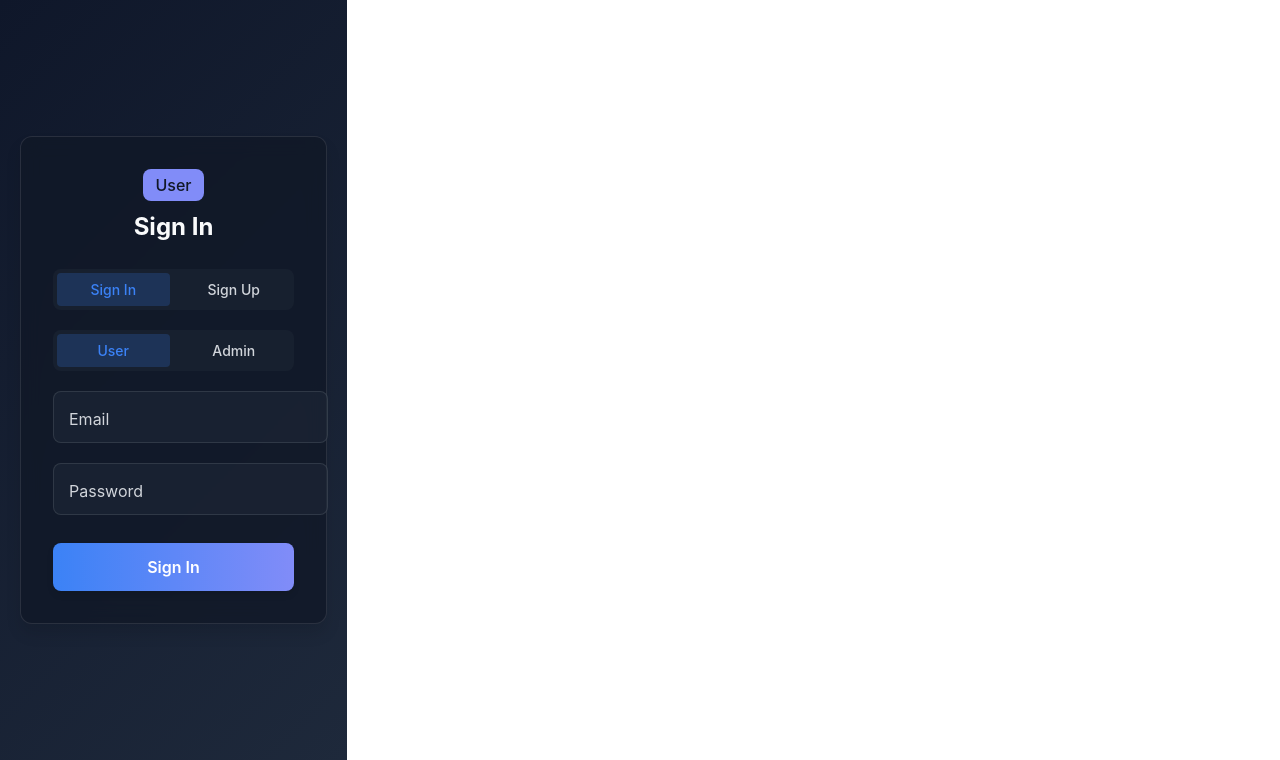
Repository: EphrahimLaanyu123/Karis
Page: /
These files come from the project's save history. The page is drawn as it stood at one moment and after a run of saves; the edit follows.
The browser window is 1280 px wide. The pictures show the whole page.
The project was rebuilt for these pictures with package versions that can differ from the ones it lists, and the page was loaded fresh each time. Also part of the build but not shown: vite.config.js, src/components/Dashboard.jsx, src/components/admin/Dashboard.jsx, src/components/admin/ProtectedAdminRoute.jsx.

Above is the page before, as saved 2025-05-17 21:11:52.

After the next 3 saves:
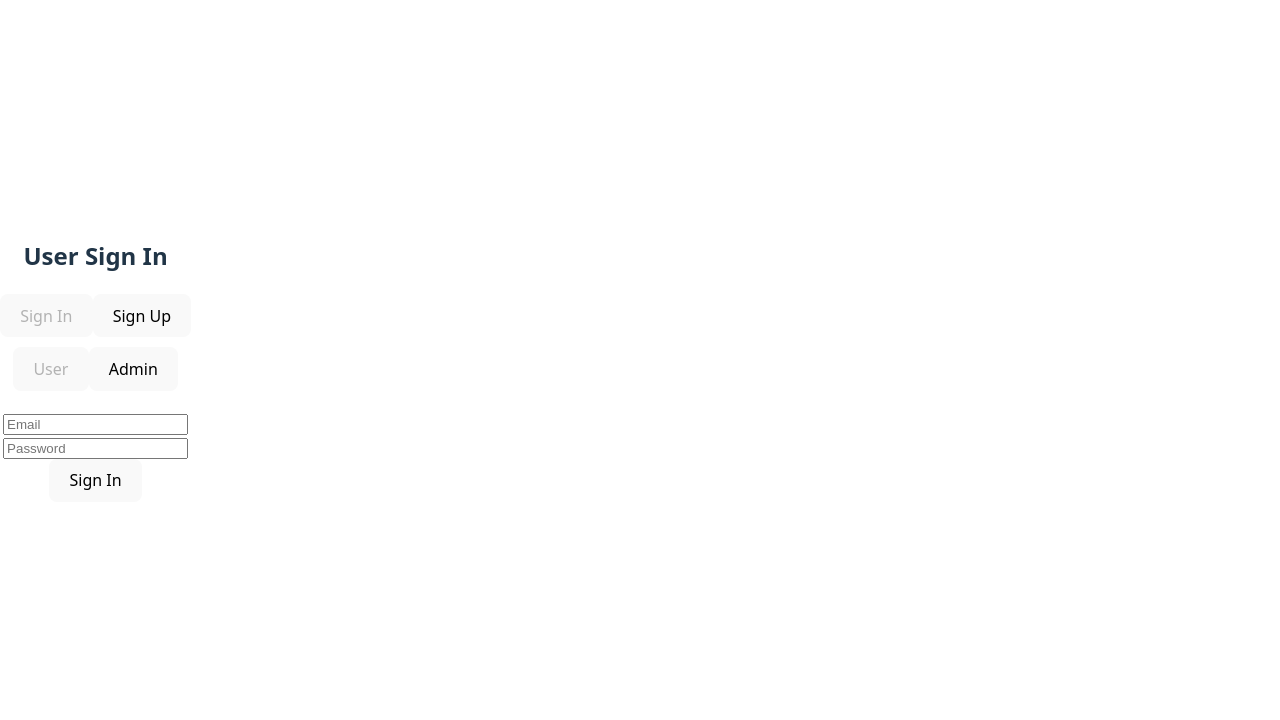
The 3 saves are shown as one change because they came seconds apart.
The last was saved 22 s later.
--- a/src/components/Auth.jsx
+++ b/src/components/Auth.jsx
@@ -1,6 +1,6 @@
 import React, { useState } from 'react';
 import { useNavigate } from 'react-router-dom';
-import "./Auth.css"
+import "Auth.css"
 
 const Auth = () => {
     const navigate = useNavigate();
@@ -59,96 +59,53 @@
 
 
     return (
-      <div className="auth-container">
-      <div className="auth-card">
-        <h2 className="auth-title">
-          <span className={`auth-type ${authType === 'admin' ? 'admin-type' : 'user-type'}`}>
-            {authType === 'admin' ? 'Admin' : 'User'}
-          </span>
-          <span className="auth-mode">{mode === 'signin' ? 'Sign In' : 'Sign Up'}</span>
-        </h2>
+      <div style={{ maxWidth: 400, margin: 'auto', textAlign: 'center' }}>
+        <h2>{authType === 'admin' ? 'Admin' : 'User'} {mode === 'signin' ? 'Sign In' : 'Sign Up'}</h2>
 
         {/* Mode Toggle */}
-        <div className="toggle-container mode-toggle">
-          <button
-            className={`toggle-btn ${mode === 'signin' ? 'active' : ''}`}
-            onClick={() => setMode('signin')}
-            disabled={mode === 'signin'}
-          >
-            Sign In
-          </button>
-          <button
-            className={`toggle-btn ${mode === 'signup' ? 'active' : ''}`}
-            onClick={() => setMode('signup')}
-            disabled={mode === 'signup'}
-          >
-            Sign Up
-          </button>
+        <div style={{ marginBottom: 10 }}>
+          <button onClick={() => setMode('signin')} disabled={mode === 'signin'}>Sign In</button>
+          <button onClick={() => setMode('signup')} disabled={mode === 'signup'}>Sign Up</button>
         </div>
 
         {/* Auth Type Toggle */}
-        <div className="toggle-container type-toggle">
-          <button
-            className={`toggle-btn ${authType === 'user' ? 'active' : ''}`}
-            onClick={() => setAuthType('user')}
-            disabled={authType === 'user'}
-          >
-            User
-          </button>
-          <button
-            className={`toggle-btn ${authType === 'admin' ? 'active' : ''}`}
-            onClick={() => setAuthType('admin')}
-            disabled={authType === 'admin'}
-          >
-            Admin
-          </button>
+        <div style={{ marginBottom: 20 }}>
+          <button onClick={() => setAuthType('user')} disabled={authType === 'user'}>User</button>
+          <button onClick={() => setAuthType('admin')} disabled={authType === 'admin'}>Admin</button>
         </div>
 
-        <form className="auth-form" onSubmit={(e) => { e.preventDefault(); handleAuth(); }}>
-          {mode === 'signup' && (
-            <div className="form-group">
-              <input
-                type="text"
-                id="name"
-                value={name}
-                onChange={e => setName(e.target.value)}
-                placeholder=" "
-                required
-              />
-              <label htmlFor="name">Name</label>
-            </div>
-          )}
+        {mode === 'signup' && (
+          <>
+            <input
+              type="text"
+              value={name}
+              onChange={e => setName(e.target.value)}
+              placeholder="Name"
+              required
+            /><br />
+          </>
+        )}
 
-          <div className="form-group">
-            <input
-              type="email"
-              id="email"
-              value={email}
-              onChange={e => setEmail(e.target.value)}
-              placeholder=" "
-              required
-            />
-            <label htmlFor="email">Email</label>
-          </div>
+        <input
+          type="email"
+          value={email}
+          onChange={e => setEmail(e.target.value)}
+          placeholder="Email"
+          required
+        /><br />
 
-          <div className="form-group">
-            <input
-              type="password"
-              id="password"
-              value={password}
-              onChange={e => setPassword(e.target.value)}
-              placeholder=" "
-              required
-            />
-            <label htmlFor="password">Password</label>
-          </div>
+        <input
+          type="password"
+          value={password}
+          onChange={e => setPassword(e.target.value)}
+          placeholder="Password"
+          required
+        /><br />
 
-          <button type="submit" className="auth-button">
-            {mode === 'signin' ? 'Sign In' : 'Sign Up'}
-          </button>
-        </form>
+        <button onClick={handleAuth}>
+          {mode === 'signin' ? 'Sign In' : 'Sign Up'}
+        </button>
       </div>
-    </div>
     );
   };
 

After the 2 saves that followed:
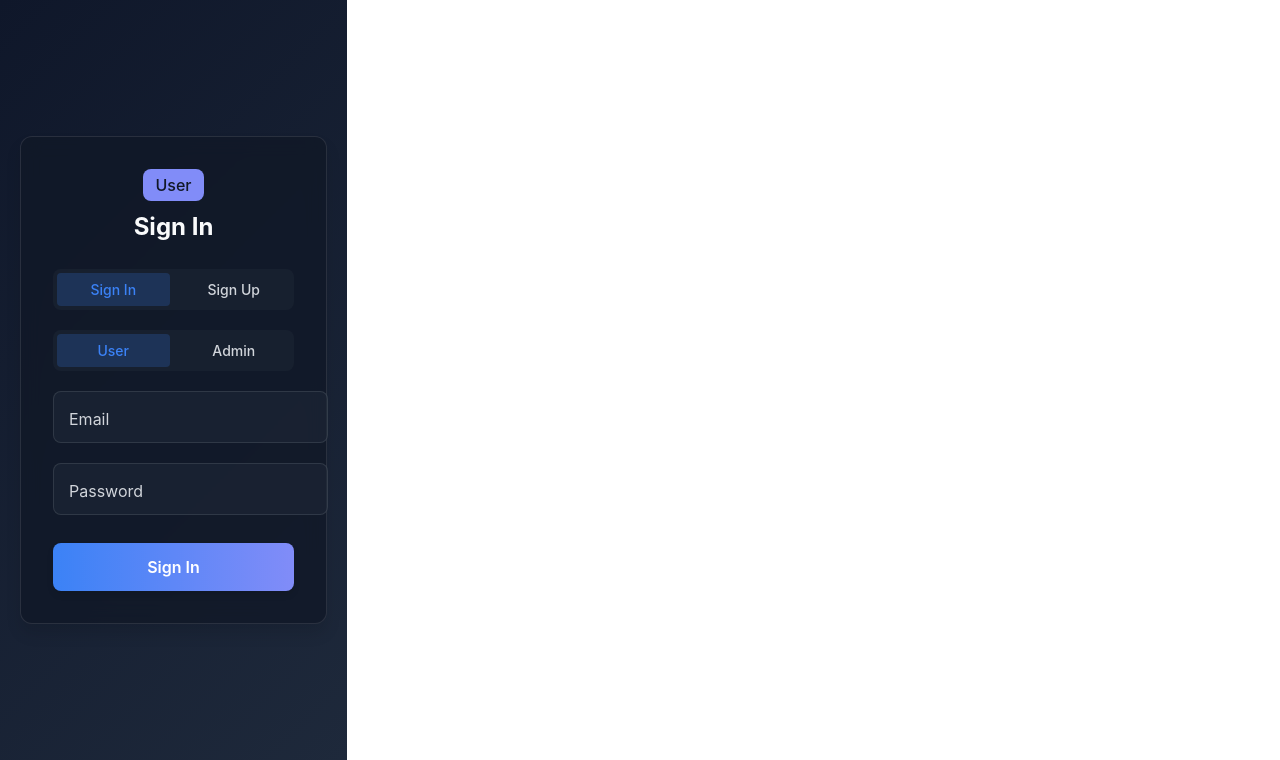
The 2 saves are shown as one change because 1 left the picture as it was.
The last was saved 15 s later.
--- a/src/components/Auth.jsx
+++ b/src/components/Auth.jsx
@@ -1,6 +1,6 @@
 import React, { useState } from 'react';
 import { useNavigate } from 'react-router-dom';
-import "Auth.css"
+import "./Auth.css"
 
 const Auth = () => {
     const navigate = useNavigate();
@@ -59,53 +59,96 @@
 
 
     return (
-      <div style={{ maxWidth: 400, margin: 'auto', textAlign: 'center' }}>
-        <h2>{authType === 'admin' ? 'Admin' : 'User'} {mode === 'signin' ? 'Sign In' : 'Sign Up'}</h2>
+      <div className="auth-container">
+      <div className="auth-card">
+        <h2 className="auth-title">
+          <span className={`auth-type ${authType === 'admin' ? 'admin-type' : 'user-type'}`}>
+            {authType === 'admin' ? 'Admin' : 'User'}
+          </span>
+          <span className="auth-mode">{mode === 'signin' ? 'Sign In' : 'Sign Up'}</span>
+        </h2>
 
         {/* Mode Toggle */}
-        <div style={{ marginBottom: 10 }}>
-          <button onClick={() => setMode('signin')} disabled={mode === 'signin'}>Sign In</button>
-          <button onClick={() => setMode('signup')} disabled={mode === 'signup'}>Sign Up</button>
+        <div className="toggle-container mode-toggle">
+          <button
+            className={`toggle-btn ${mode === 'signin' ? 'active' : ''}`}
+            onClick={() => setMode('signin')}
+            disabled={mode === 'signin'}
+          >
+            Sign In
+          </button>
+          <button
+            className={`toggle-btn ${mode === 'signup' ? 'active' : ''}`}
+            onClick={() => setMode('signup')}
+            disabled={mode === 'signup'}
+          >
+            Sign Up
+          </button>
         </div>
 
         {/* Auth Type Toggle */}
-        <div style={{ marginBottom: 20 }}>
-          <button onClick={() => setAuthType('user')} disabled={authType === 'user'}>User</button>
-          <button onClick={() => setAuthType('admin')} disabled={authType === 'admin'}>Admin</button>
+        <div className="toggle-container type-toggle">
+          <button
+            className={`toggle-btn ${authType === 'user' ? 'active' : ''}`}
+            onClick={() => setAuthType('user')}
+            disabled={authType === 'user'}
+          >
+            User
+          </button>
+          <button
+            className={`toggle-btn ${authType === 'admin' ? 'active' : ''}`}
+            onClick={() => setAuthType('admin')}
+            disabled={authType === 'admin'}
+          >
+            Admin
+          </button>
         </div>
 
-        {mode === 'signup' && (
-          <>
+        <form className="auth-form" onSubmit={(e) => { e.preventDefault(); handleAuth(); }}>
+          {mode === 'signup' && (
+            <div className="form-group">
+              <input
+                type="text"
+                id="name"
+                value={name}
+                onChange={e => setName(e.target.value)}
+                placeholder=" "
+                required
+              />
+              <label htmlFor="name">Name</label>
+            </div>
+          )}
+
+          <div className="form-group">
             <input
-              type="text"
-              value={name}
-              onChange={e => setName(e.target.value)}
-              placeholder="Name"
+              type="email"
+              id="email"
+              value={email}
+              onChange={e => setEmail(e.target.value)}
+              placeholder=" "
               required
-            /><br />
-          </>
-        )}
+            />
+            <label htmlFor="email">Email</label>
+          </div>
 
-        <input
-          type="email"
-          value={email}
-          onChange={e => setEmail(e.target.value)}
-          placeholder="Email"
-          required
-        /><br />
+          <div className="form-group">
+            <input
+              type="password"
+              id="password"
+              value={password}
+              onChange={e => setPassword(e.target.value)}
+              placeholder=" "
+              required
+            />
+            <label htmlFor="password">Password</label>
+          </div>
 
-        <input
-          type="password"
-          value={password}
-          onChange={e => setPassword(e.target.value)}
-          placeholder="Password"
-          required
-        /><br />
-
-        <button onClick={handleAuth}>
-          {mode === 'signin' ? 'Sign In' : 'Sign Up'}
-        </button>
+          <button type="submit" className="auth-button">
+            {mode === 'signin' ? 'Sign In' : 'Sign Up'}
+          </button>
+        </form>
       </div>
+    </div>
     );
   };
 
